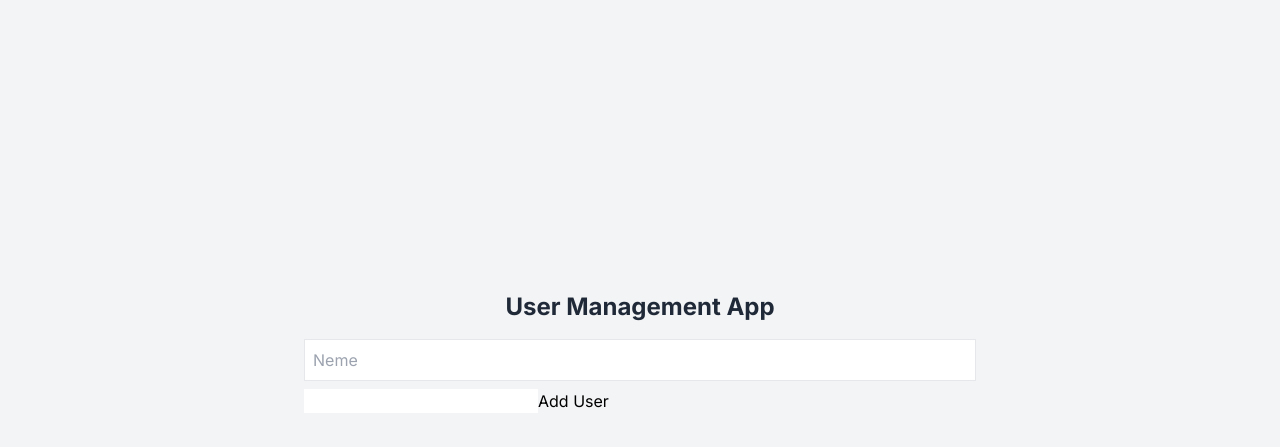
Repository: satoshi-create/next-express
Page: / (app in frontend/)
The author's editor kept a copy of each file at every save. The page is drawn from the files as they stood at one save, then again after a run of saves.
The browser window is 1280 px wide. The pictures show the whole page.
The page's requests for data from a server got no answer. The project was rebuilt for these pictures with package versions that can differ from the ones it lists, and the page was loaded fresh each time. The framework's server and built-in components were replaced by stand-ins that run in the browser. No one was signed in, and anything a server would have sent is missing. Also part of the build but not shown: frontend/next.config.js, frontend/next.config.mjs, frontend/app/ui/CardComponent.tsx.

Above is the page before, as saved 2024-02-12 23:19:43.

After the next 2 saves:
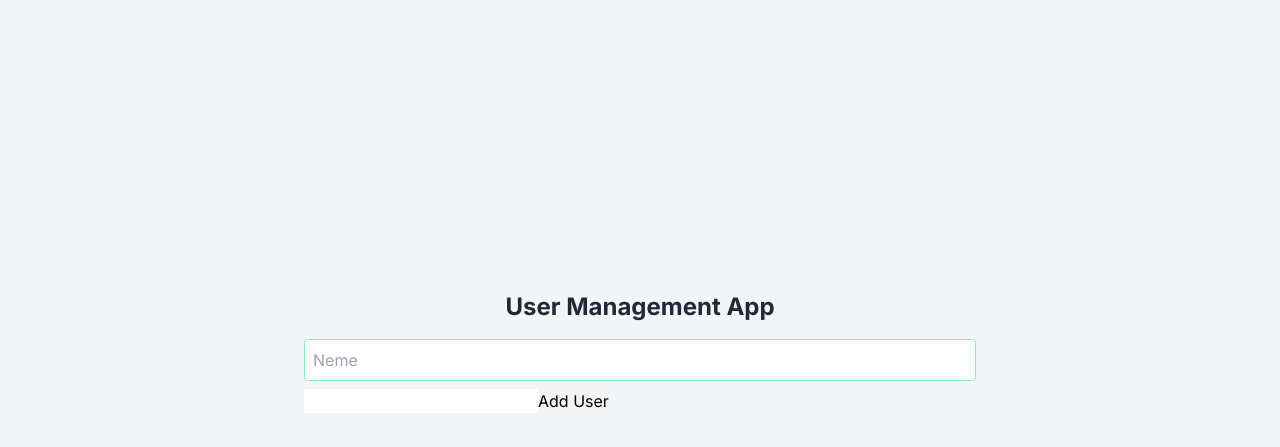
The 2 saves are shown as one change because they came seconds apart.
The last was saved 6 s later.
--- a/frontend/app/page.tsx
+++ b/frontend/app/page.tsx
@@ -85,7 +85,7 @@ const Page = () => {
             placeholder="Neme"
             value={newUser.name}
             onChange={(e) => setNewUser({ ...newUser, name: e.target.value })}
-            className="mb-2 w-full p-2 border border-gre"
+            className="mb-2 w-full p-2 border border-green-300 rounded"
           />
           <input />
           <button>Add User</button>
